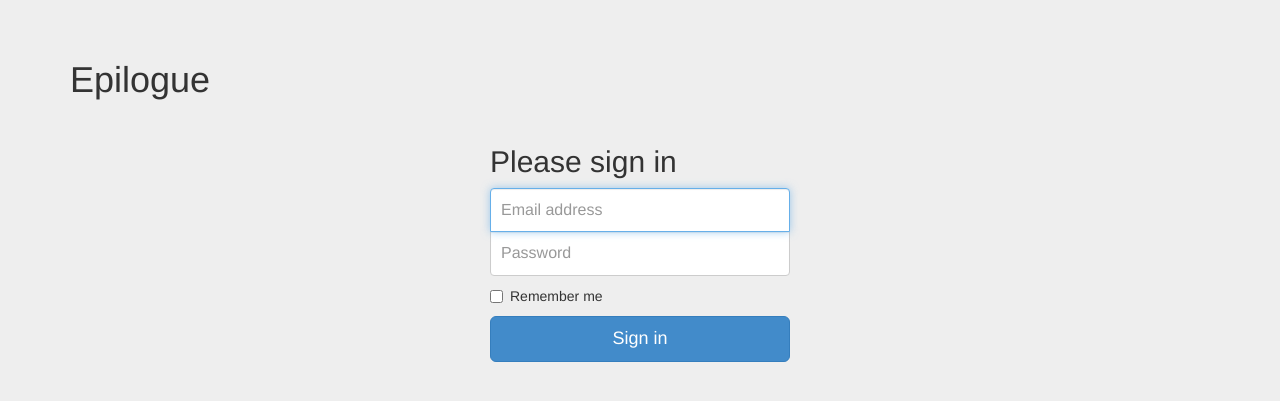
Repository: gpai/epilogue
Page: http://localhost/home.phtml
These files come from the project's save history. The page is drawn as it stood at one moment and after the next save; the edit follows.
The browser window is 1280 px wide. The pictures show the whole page.
The page is run by PHP 8.4 with error messages shown; the project is at /var/www/html/.

Above is the page before, as saved 2013-10-30 22:14:16.

### sandbox/grace/TestEpilogue/Test/home.phtml

<!DOCTYPE html>
<html lang="en">
  <head>
    <meta charset="utf-8">
    <meta http-equiv="X-UA-Compatible" content="IE=edge">
    <meta name="viewport" content="width=device-width, initial-scale=1.0">
    <meta name="description" content="">
    <meta name="author" content="">
    <link rel="shortcut icon" href="../../docs-assets/ico/favicon.png">

    <title>Signin Template for Bootstrap</title>

    <!-- Bootstrap core CSS -->
    <link href="css/bootstrap.css" rel="stylesheet">

    <!-- Custom styles for this template -->
    <link href="css/signin.css" rel="stylesheet">

    <!-- Just for debugging purposes. Don't actually copy this line! -->
    <!--[if lt IE 9]><script src="../../docs-assets/js/ie8-responsive-file-warning.js"></script><![endif]-->

    <!-- HTML5 shim and Respond.js IE8 support of HTML5 elements and media queries -->
    <!--[if lt IE 9]>
      <script src="https://oss.maxcdn.com/libs/html5shiv/3.7.0/html5shiv.js"></script>
      <script src="https://oss.maxcdn.com/libs/respond.js/1.3.0/respond.min.js"></script>
    <![endif]-->
  </head>

  <body>

    <div class="container">
	<h1>Epilogue</h1>
      <form class="form-signin">
        <h2 class="form-signin-heading">Please sign in</h2>
        <input type="text" class="form-control" placeholder="Email address" required autofocus>
        <input type="password" class="form-control" placeholder="Password" required>
        <label class="checkbox">
          <input type="checkbox" value="remember-me"> Remember me
        </label>
        <button class="btn btn-lg btn-primary btn-block" type="submit">Sign in</button>
      </form>

    </div> <!-- /container -->


    <!-- Bootstrap core JavaScript
    ================================================== -->
    <!-- Placed at the end of the document so the pages load faster -->
  </body>
</html>

### sandbox/grace/TestEpilogue/Test/css/signin.css
body {
  padding-top: 40px;
  padding-bottom: 40px;
  background-color: #eee;
}

.form-signin {
  max-width: 330px;
  padding: 15px;
  margin: 0 auto;
}
.form-signin .form-signin-heading,
.form-signin .checkbox {
  margin-bottom: 10px;
}
.form-signin .checkbox {
  font-weight: normal;
}
.form-signin .form-control {
  position: relative;
  font-size: 16px;
  height: auto;
  padding: 10px;
  -webkit-box-sizing: border-box;
     -moz-box-sizing: border-box;
          box-sizing: border-box;
}
.form-signin .form-control:focus {
  z-index: 2;
}
.form-signin input[type="text"] {
  margin-bottom: -1px;
  border-bottom-left-radius: 0;
  border-bottom-right-radius: 0;
}
.form-signin input[type="password"] {
  margin-bottom: 10px;
  border-top-left-radius: 0;
  border-top-right-radius: 0;
}

Loaded but not shown: sandbox/grace/TestEpilogue/Test/css/bootstrap.css (library)

After the next save:
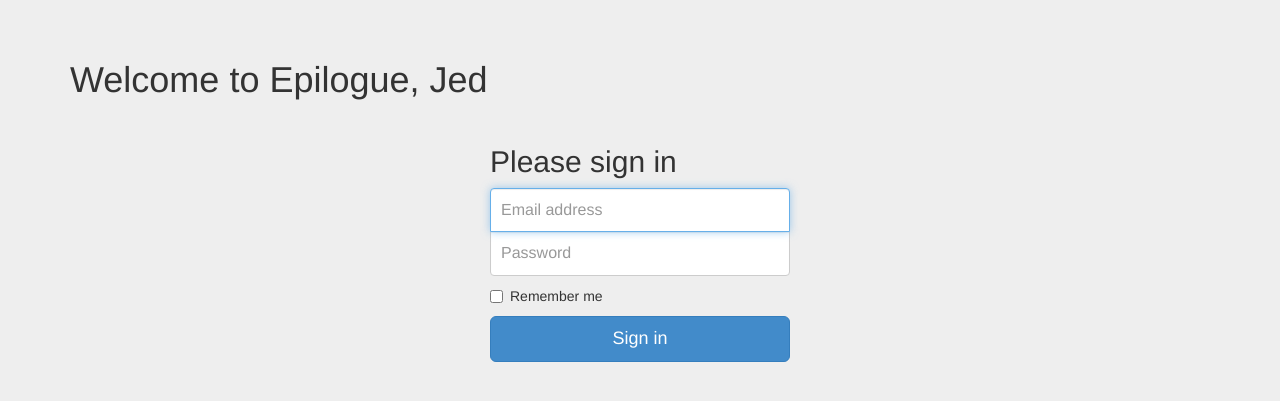
Saved 32 s later.
--- a/sandbox/grace/TestEpilogue/Test/home.phtml
+++ b/sandbox/grace/TestEpilogue/Test/home.phtml
@@ -30,7 +30,7 @@
   <body>
 
     <div class="container">
-	<h1>Epilogue</h1>
+	<h1>Welcome to Epilogue, Jed</h1>
       <form class="form-signin">
         <h2 class="form-signin-heading">Please sign in</h2>
         <input type="text" class="form-control" placeholder="Email address" required autofocus>
